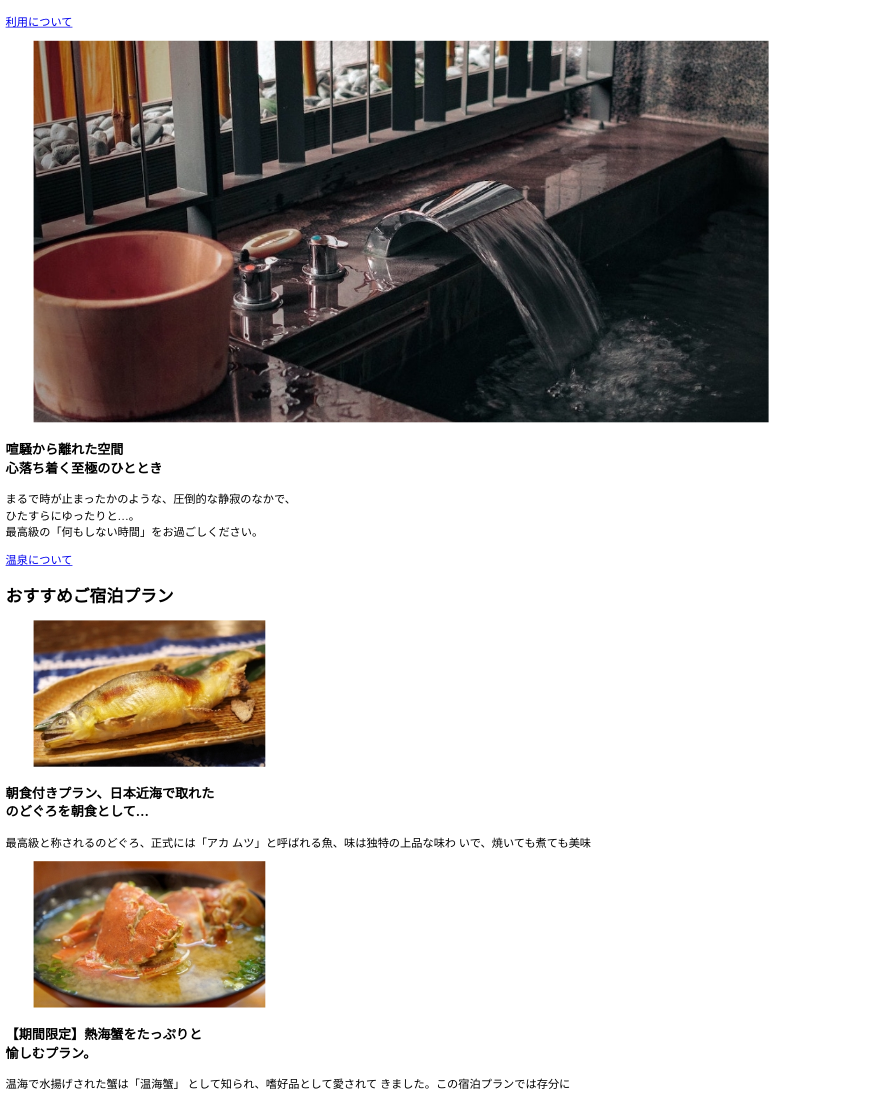
Repository: yuukiyokoyama/compex1
Page: index.html
These files come from the project's save history. The page is drawn as it stood at one moment and after the next save; the edit follows.
The browser window is 1280 px wide. The pictures show the part of the page from y = 2525 to 4445 px (the page is 4101 px tall before and 4445 px after), at 70% of full size.

Above is the page before, as saved 2021-09-17 01:08:45.

After the next save:
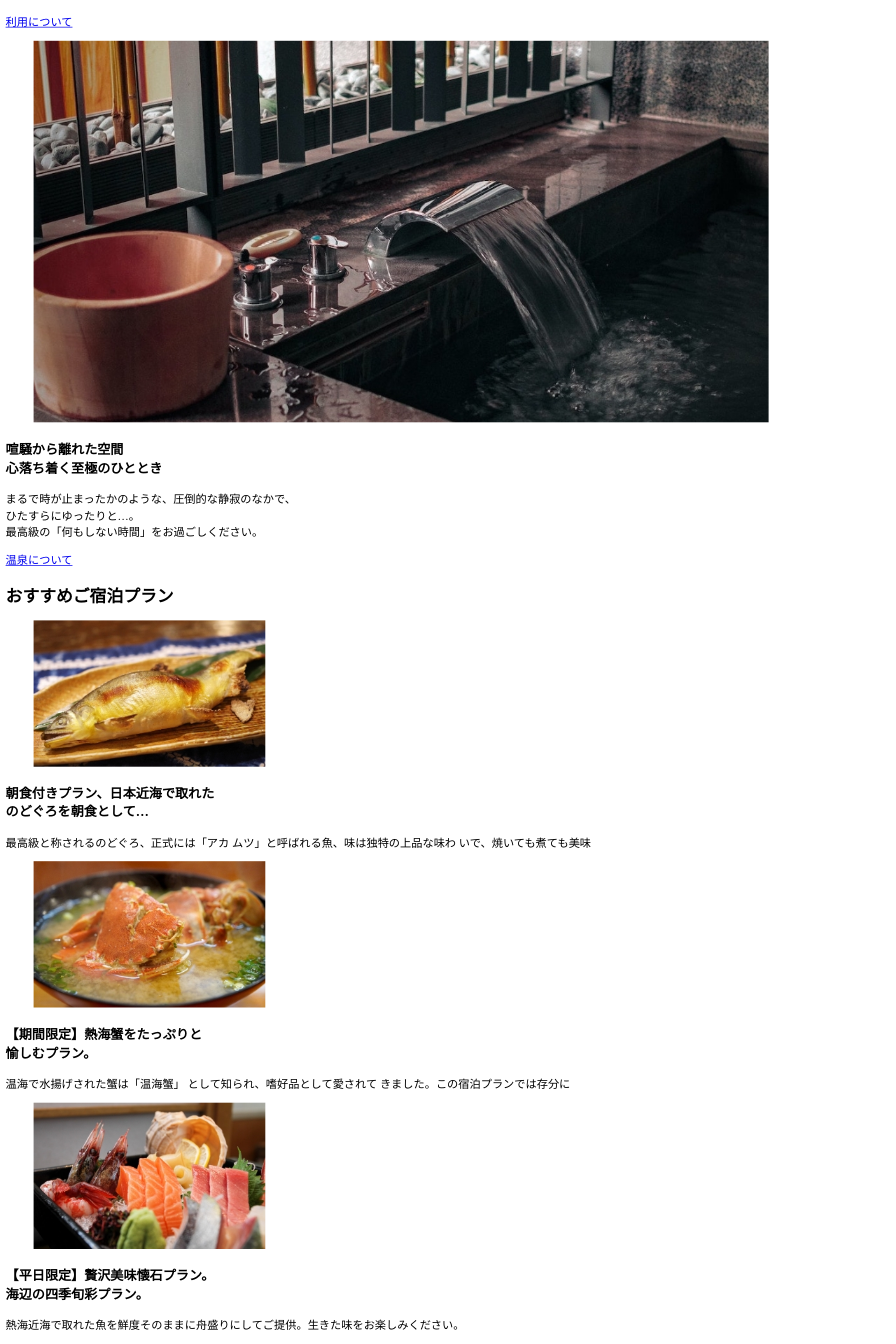
Saved 6 min 34 s later.
--- a/index.html
+++ b/index.html
@@ -286,7 +286,28 @@
                 <a href="#" class="btn"></a>
               </div>
               <!-- lodging-plans_item -->
-              <div class="lodging-plans_item"></div>
+              <div class="lodging-plans_item">
+                <figure
+                  class="lodging-plan__img-wrapper aos-init aos-animate"
+                  data-aos="fade-up"
+                  data-aos-duration="2000"
+                >
+                  <img src="images/recommended03.jpg" alt="平日限定" />
+                </figure>
+                <div
+                  class="lodging-plan__body aos-init aos-animate"
+                  data-aos="fade-up"
+                  data-aos-duration="2000"
+                >
+                  <h3 class="lodging-plan__title">
+                    【平日限定】贅沢美味懐石プラン。<br />
+                    海辺の四季旬彩プラン。
+                  </h3>
+                  <p class="lodging-plan__text">
+                    熱海近海で取れた魚を鮮度そのままに舟盛りにしてご提供。生きた味をお楽しみください。
+                  </p>
+                </div>
+              </div>
               <!-- lodging-plans_item -->
             </div>
             <!-- lodging-plan__plans lodging-plan--col3 -->
